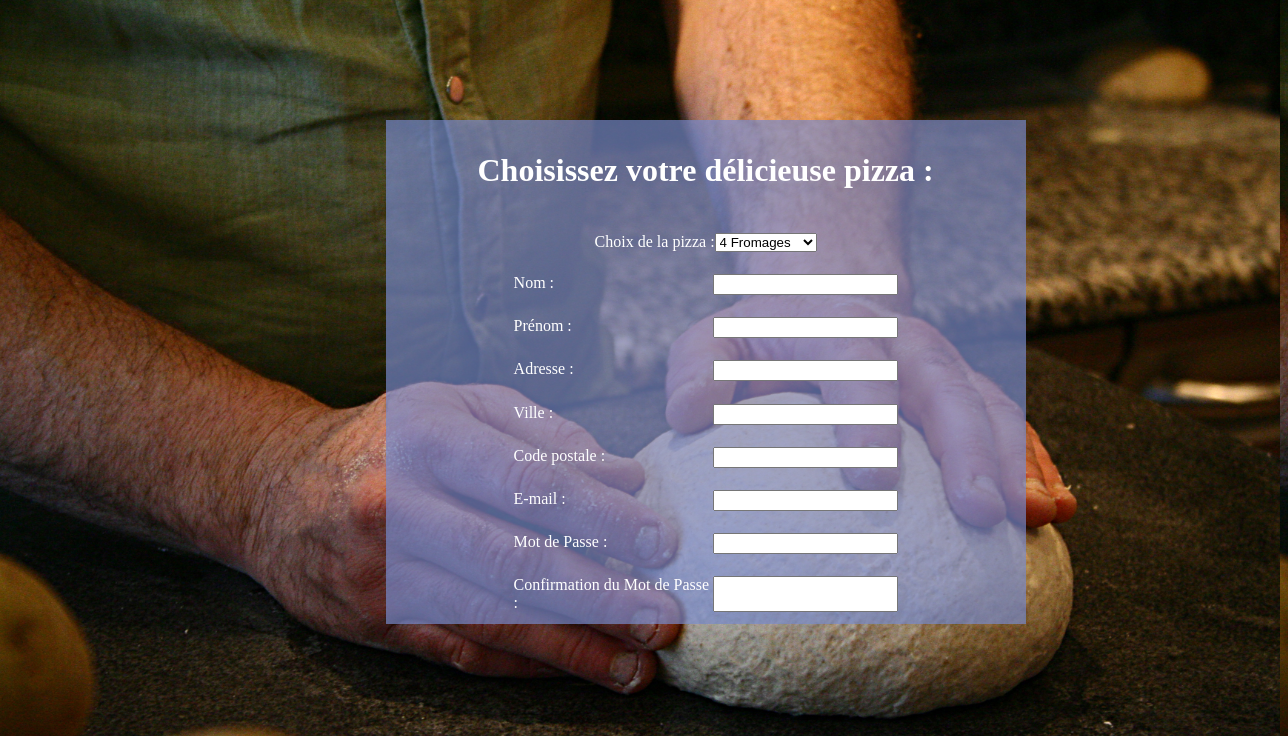
Repository: dev84-unalien/pippo_pizza
Page: commande.html
An editor plug-in stored every save of this project. The page is shown before and after the next save, followed by the edit.
The browser window is 1280 px wide. The page is 1288 px wide, so the pictures cover 1288 px, including what lies to the right of the window. The pictures show the whole page.

Above is the page before, as saved 2019-09-11 15:48:51.

After the next save:
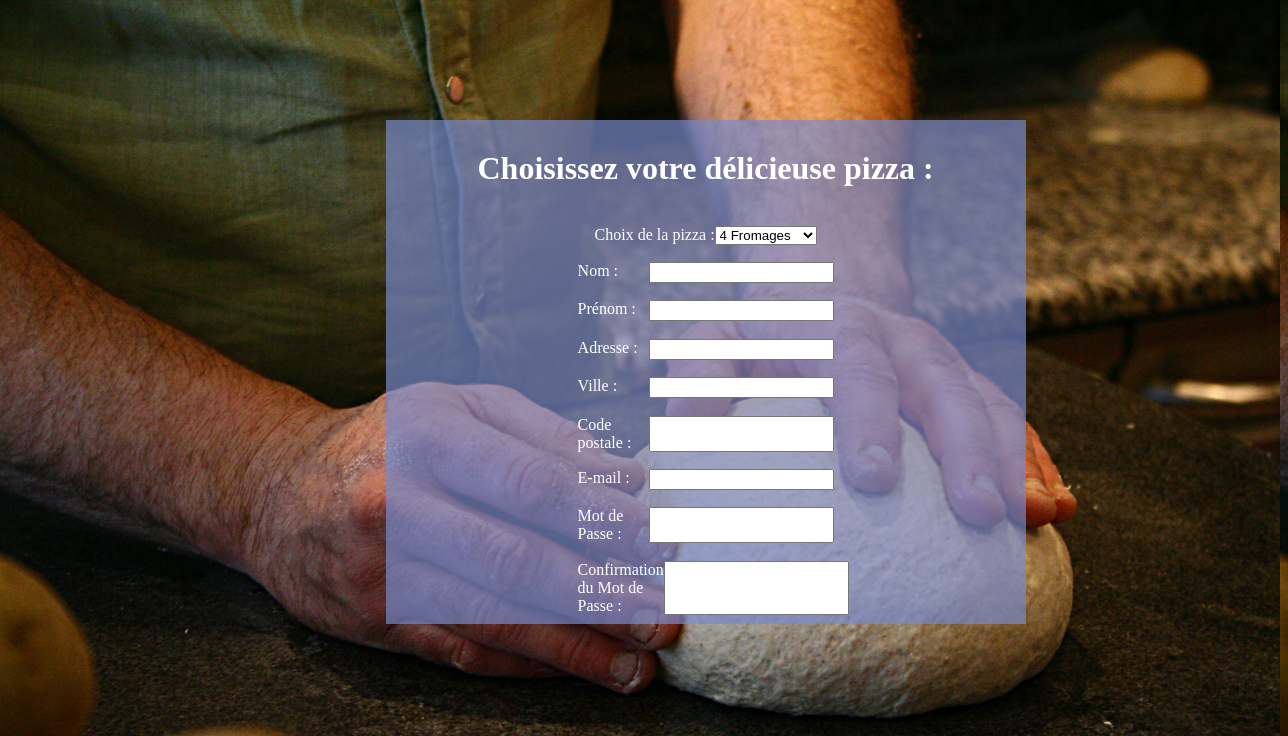
Saved 16 s later.
--- a/commande.css
+++ b/commande.css
@@ -22,7 +22,7 @@ body {
   .section{
       display: flex;
       justify-content: space-between;
-      width: 30vw;
+      width: 20vw;
 
 
   }
